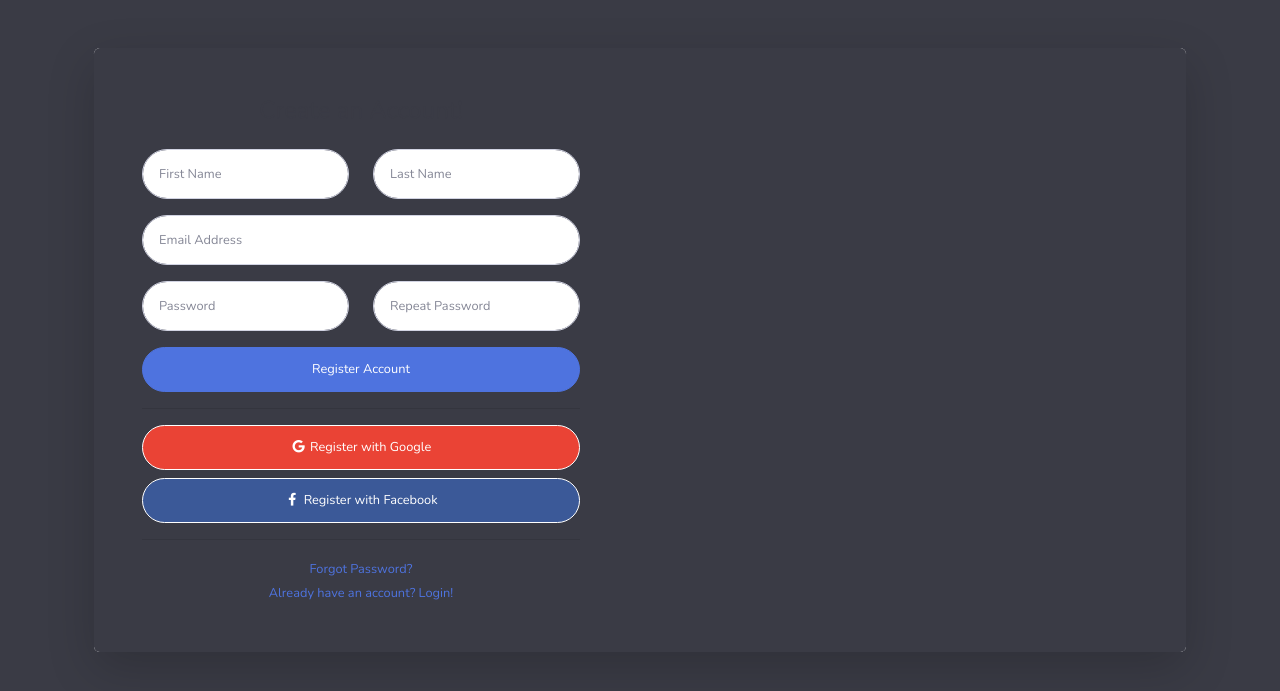
Repository: TuanLe8899/SpringBootProject
Page: http://localhost/register
An editor plug-in stored every save of this project. The page is shown before and after the next save, followed by the edit.
The browser window is 1280 px wide. The pictures show the whole page.
The page is this project's Thymeleaf template; nobody is signed in. The template is opened directly, without the code that normally fills it, so the values that code supplies are empty.

Above is the page before, as saved 2022-08-24 14:58:12.

After the next save:
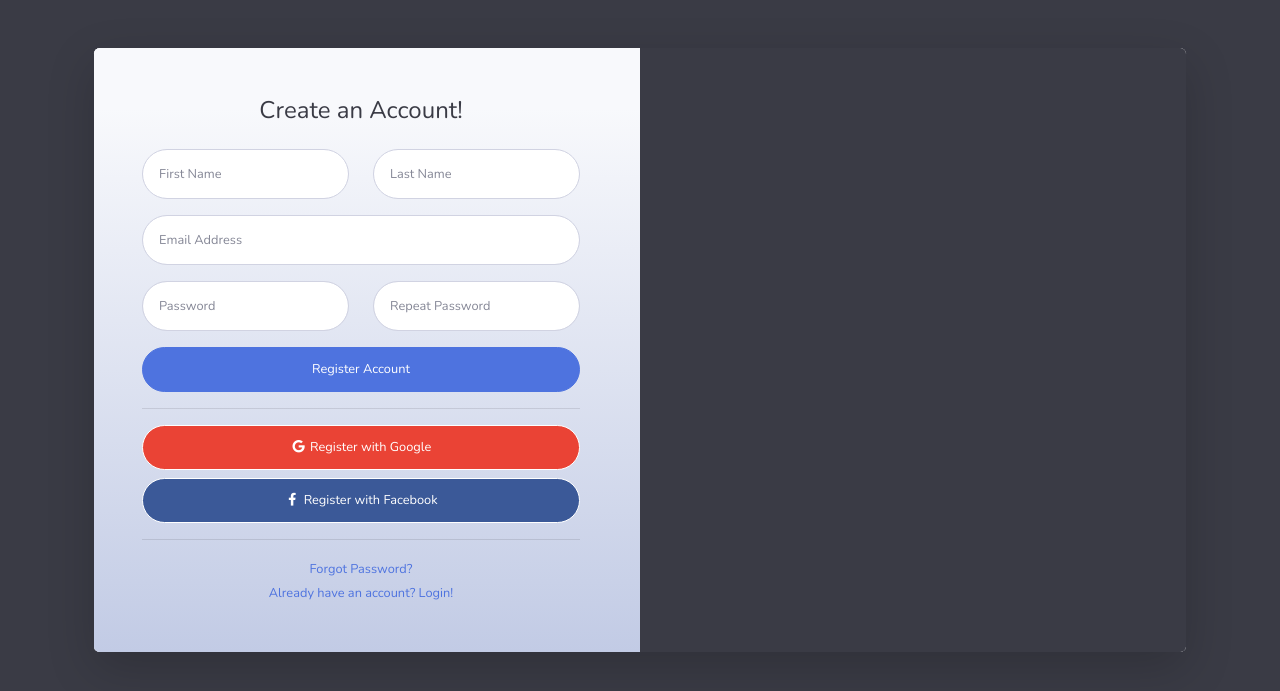
Saved 35 s later.
--- a/complaint_management/src/main/resources/templates/register.html
+++ b/complaint_management/src/main/resources/templates/register.html
@@ -31,7 +31,7 @@
             <div class="card-body p-0">
                 <!-- Nested Row within Card Body -->
                 <div class="row bg-gray-900">
-                    <div class="col-6">
+                    <div class="col-6 bg-gradient-light">
                         <div class="p-5">
                             <div class="text-center">
                                 <h1 class="h4 text-gray-900 mb-4">Create an Account!</h1>
